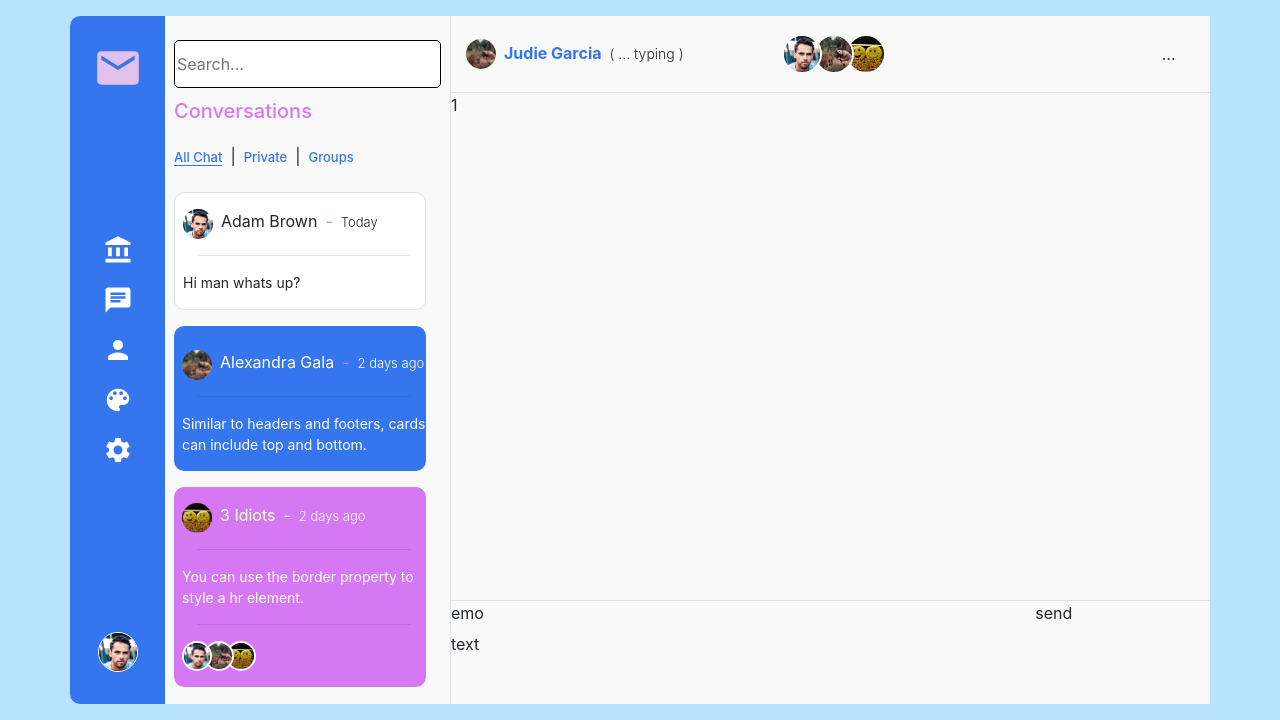
Repository: arafat877/super-chat
Page: /
The author's editor kept a copy of each file at every save. The page is drawn from the files as they stood at one save, then again after the next save.
The browser window is 1280 px wide. The pictures show the whole page.
The project was rebuilt for these pictures with package versions that can differ from the ones it lists, and the page was loaded fresh each time.

Above is the page before, as saved 2020-08-07 01:34:31.

After the next save:
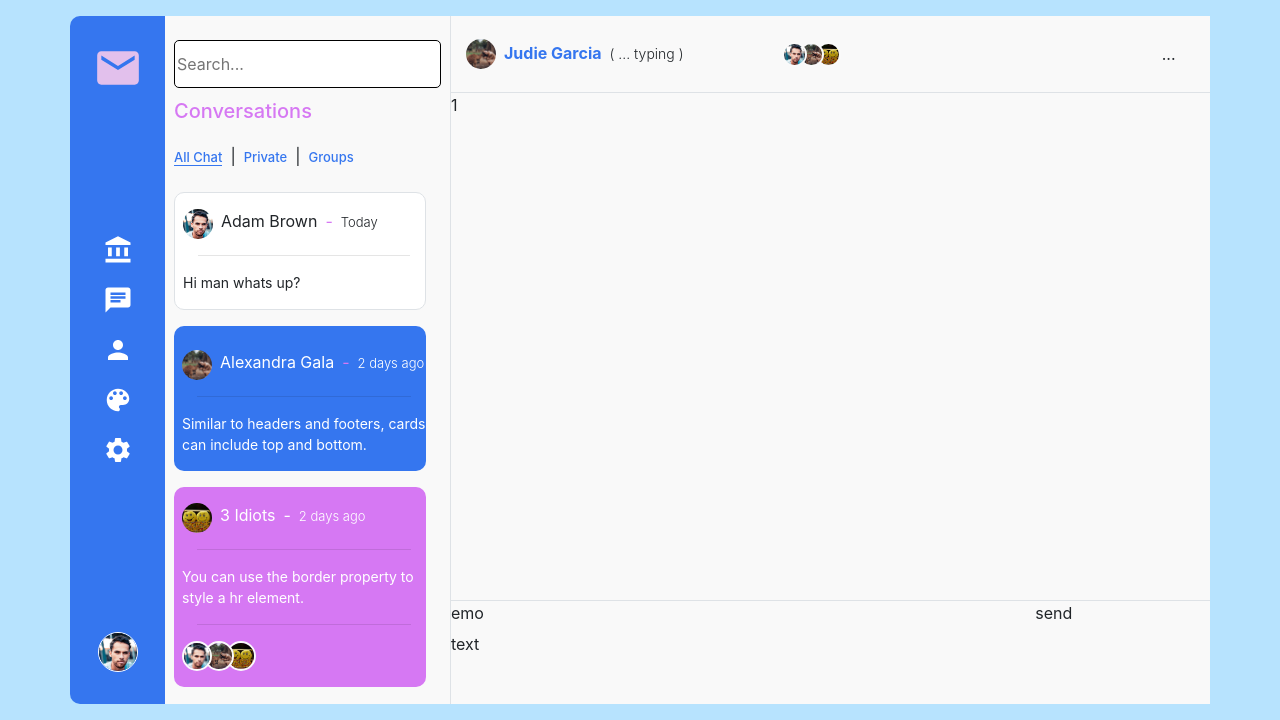
Saved 32 s later.
--- a/src/App.scss
+++ b/src/App.scss
@@ -240,6 +240,13 @@
             font-size: 14px;
             font-weight: 300;
         }
+
+        .infoGroup{
+            .avatar{
+                height: 25px;
+                width: 25px;
+            }
+        }
       }
       .chatMessages {
         height: 73.75%;
